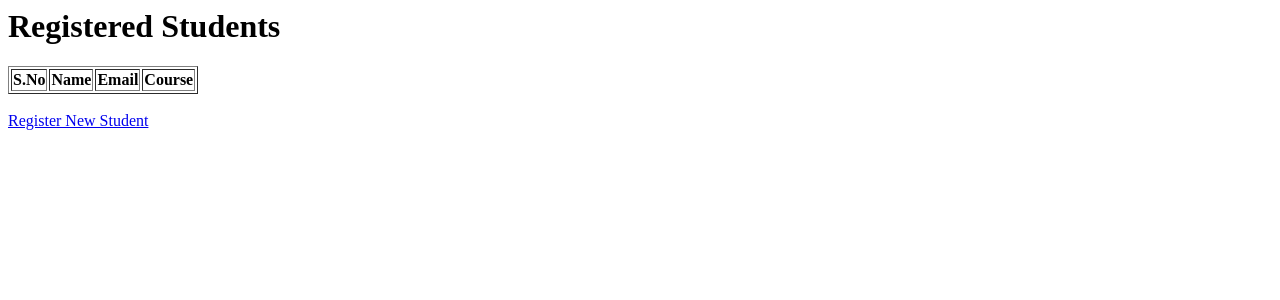
Repository: anik3395/JavaServletProjects
Page: http://localhost/StudentRegistrationSystem/view
The author's editor kept a copy of each file at every save. The page is drawn from the files as they stood at one save, then again after the next save.
The browser window is 1280 px wide. The pictures show the whole page.
The page is served by Tomcat 9. Other server files are loaded and not shown.

Above is the page before, as saved 2024-10-22 17:46:23.

### eclipse-workspace/StudentRegistrationSystem/src/main/java/com/anik/ViewStudentServlet.java
package com.anik;

import java.io.IOException;
import java.io.PrintWriter;
import java.util.List;

import javax.servlet.ServletException;
import javax.servlet.annotation.WebServlet;
import javax.servlet.http.HttpServlet;
import javax.servlet.http.HttpServletRequest;
import javax.servlet.http.HttpServletResponse;


@WebServlet("/view")
public class ViewStudentServlet extends HttpServlet {


	protected void doGet(HttpServletRequest request, HttpServletResponse response) throws ServletException, IOException {
		// Set response content type to HTML
        response.setContentType("text/html");

        // Get the PrintWriter to write HTML output
        PrintWriter out = response.getWriter();

        // Start HTML document
        out.println("<html><body>");
        out.println("<h1>Registered Students</h1>");

        // Table headers for displaying students
        out.println("<table border='1'>");
        out.println("<tr><th>S.No</th><th>Name</th><th>Email</th><th>Course</th></tr>");

        // Retrieve the list of students stored in the StudentServlet
        List<Student> students = StudentServlet.students;

        // Iterate through the student list and create rows for each student
        for (int i = 0; i < students.size(); i++) {
            Student student = students.get(i);
            out.println("<tr>");
            out.println("<td>" + (i + 1) + "</td>");  // Serial Number
            out.println("<td>" + student.getName() + "</td>");  // Student Name
            out.println("<td>" + student.getEmail() + "</td>");  // Student Email
            out.println("<td>" + student.getCourse() + "</td>");  // Course Name
            out.println("</tr>");
        }

        // End of the table
        out.println("</table>");

        // Add a link to register a new student
        out.println("<br><a href='register'>Register New Student</a>");

        // End HTML document
        out.println("</body></html>");
	}



}

After the next save:
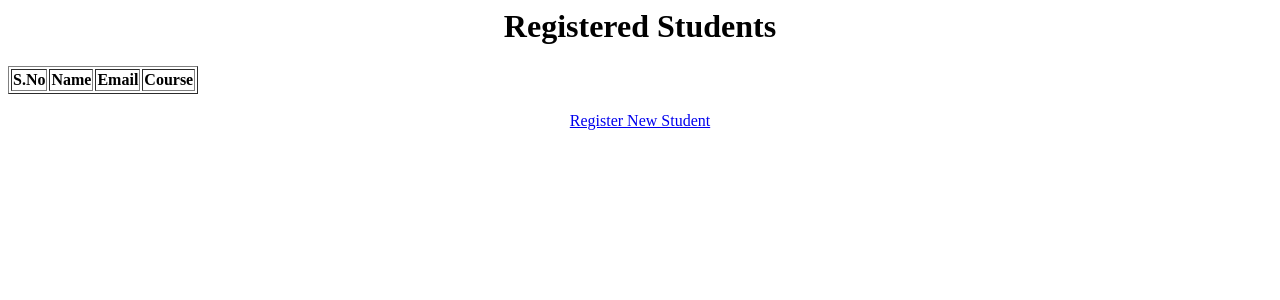
Saved 13 min 56 s later.
--- a/eclipse-workspace/StudentRegistrationSystem/src/main/java/com/anik/ViewStudentServlet.java
+++ b/eclipse-workspace/StudentRegistrationSystem/src/main/java/com/anik/ViewStudentServlet.java
@@ -23,7 +23,7 @@ public class ViewStudentServlet extends HttpServlet {
         PrintWriter out = response.getWriter();
 
         // Start HTML document
-        out.println("<html><body>");
+        out.println("<html><body style=\"text-align:center;\">");
         out.println("<h1>Registered Students</h1>");
 
         // Table headers for displaying students
